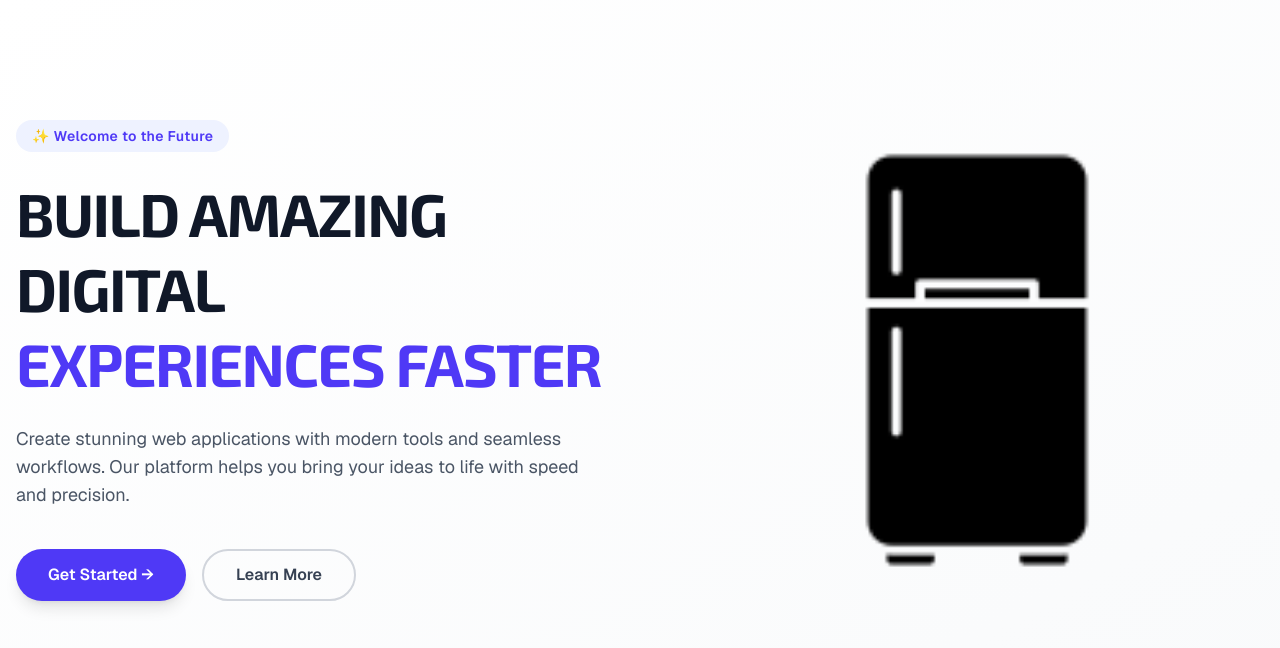
Repository: deepak445566/repai
Page: / (app in repair/)
The author's editor kept a copy of each file at every save. The page is drawn from the files as they stood at one save, then again after the next save.
The browser window is 1280 px wide. The pictures show the whole page.
The project was rebuilt for these pictures with package versions that can differ from the ones it lists, and the page was loaded fresh each time. The framework's server and built-in components were replaced by stand-ins that run in the browser. Also part of the build but not shown: repair/next.config.mjs.

Above is the page before, as saved 2026-04-15 12:13:21.

### repair/src/app/layout.js
import { Abril_Fatface, Exo_2, Geist, Geist_Mono } from "next/font/google";
import "./globals.css";

const geistSans = Geist({
  variable: "--font-geist-sans",
  subsets: ["latin"],
});

const geistMono = Geist_Mono({
  variable: "--font-geist-mono",
  subsets: ["latin"],
});
const abril = Abril_Fatface({
  weight: '400',
  subsets: ['latin'],
  variable: '--font-abril',
});

const exo = Exo_2({
  subsets: ['latin'],
  weight: ['400','600','700'],
  variable: '--font-exo',
});

export const metadata = {
  title: "Create Next App",
  description: "Generated by create next app",
};

export default function RootLayout({ children }) {
  return (
    <html
      lang="en"
      className={`${geistSans.variable} ${geistMono.variable} ${abril.variable} ${exo.variable} h-full antialiased`}
    >
      <body className="min-h-full flex flex-col">{children}</body>
    </html>
  );
}

### repair/src/app/page.js
import HeroPage from '@/components/heroPage'
import React from 'react'

function page() {
  return (
   <>
   <HeroPage/>

   </>
  )
}

export default page

### repair/src/app/globals.css
@import "tailwindcss";

:root {
  --background: #ffffff;
  --foreground: #171717;
}

@theme inline {
  --color-background: var(--background);
  --color-foreground: var(--foreground);
  --font-sans: var(--font-geist-sans);
  --font-mono: var(--font-geist-mono);
}

@media (prefers-color-scheme: dark) {
  :root {
    --background: #0a0a0a;
    --foreground: #ededed;
  }
}

body {
  background: var(--background);
  color: var(--foreground);
  font-family: var(--font-parkinsans);
}



.abril {
  font-family: var(--font-abril);
}

.exo {
  font-family: var(--font-exo);
}

### repair/src/components/heroPage.jsx
import Image from 'next/image';

export default function HeroPage() {
  return (
    <div className="min-h-screen bg-gradient-to-br from-white to-gray-50 flex items-center justify-center px-4 py-12 ">
      <div className="max-w-7xl mx-auto w-full">
        <div className="flex flex-col lg:flex-row items-center gap-12 lg:gap-16">

          {/* Left Section - Content */}
          <div className="flex-1 text-center lg:text-left space-y-6">
            <div className="inline-block px-4 py-1.5 rounded-full bg-indigo-50 text-indigo-600 text-sm font-semibold tracking-wide">
              ✨ Welcome to the Future
            </div>

            <h1 className="text-4xl sm:text-5xl lg:text-6xl font-bold tracking-tight text-gray-900 leading-tight uppercase exo">
              Build Amazing Digital
              <span className="text-indigo-600 block"> Experiences Faster</span>
            </h1>

            <p className="text-lg text-gray-600 max-w-xl mx-auto lg:mx-0">
              Create stunning web applications with modern tools and seamless workflows.
              Our platform helps you bring your ideas to life with speed and precision.
            </p>

            <div className="flex flex-col sm:flex-row gap-4 justify-center lg:justify-start pt-4">
              <button className="px-8 py-3 rounded-full bg-indigo-600 text-white font-semibold shadow-lg hover:bg-indigo-700 transition-all duration-200 transform hover:scale-105">
                Get Started →
              </button>
              <button className="px-8 py-3 rounded-full border-2 border-gray-300 text-gray-700 font-semibold hover:bg-gray-50 transition-all duration-200">
                Learn More
              </button>
            </div>
          </div>

          {/* Right Section - Image - Fixed */}
          <div className="flex-1 flex justify-center lg:justify-end w-full">
            <div className="relative w-full max-w-sm sm:max-w-md lg:max-w-lg">
              <div className="absolute inset-0  opacity-60 -z-10"></div>
              <div className="relative  overflow-hidden ">
                {/* Yahan size control karo - Simple way */}
                <div className="relative w-[350px] h-[350px] md:w-[450px] md:h-[550px]  ">
                  <Image
                    src="/images/image.png"
                    alt="Hero Image"
                    fill
                    className="object-contain p-4"
                    priority
                  />
                </div>
              </div>
            </div>
          </div>
        </div>
      </div>
    </div>
  );
}

After the next save:
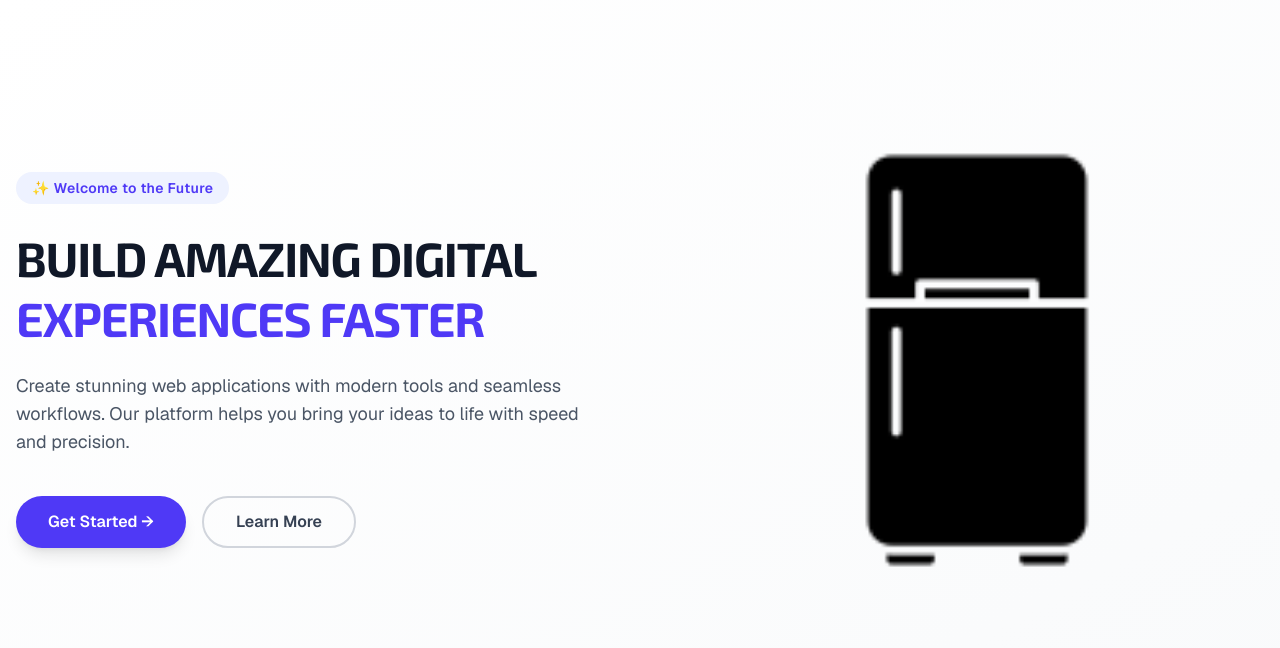
Saved 10 s later.
--- a/repair/src/components/heroPage.jsx
+++ b/repair/src/components/heroPage.jsx
@@ -12,7 +12,7 @@
               ✨ Welcome to the Future
             </div>
 
-            <h1 className="text-4xl sm:text-5xl lg:text-6xl font-bold tracking-tight text-gray-900 leading-tight uppercase exo">
+            <h1 className="text-4xl sm:text-5xl lg:text-5xl font-bold tracking-tight text-gray-900 leading-tight uppercase exo">
               Build Amazing Digital
               <span className="text-indigo-600 block"> Experiences Faster</span>
             </h1>

After the save that followed:
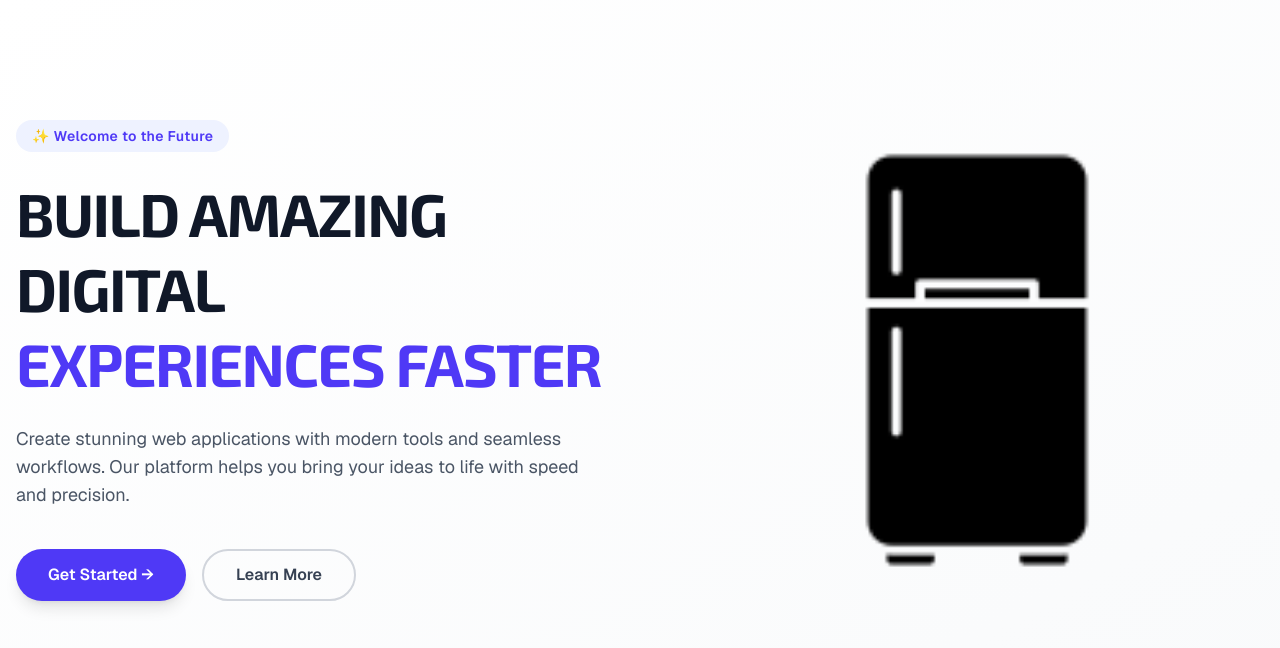
Saved 7 s later.
--- a/repair/src/components/heroPage.jsx
+++ b/repair/src/components/heroPage.jsx
@@ -12,7 +12,7 @@
               ✨ Welcome to the Future
             </div>
 
-            <h1 className="text-4xl sm:text-5xl lg:text-5xl font-bold tracking-tight text-gray-900 leading-tight uppercase exo">
+            <h1 className="text-4xl sm:text-5xl lg:text-6xl font-bold tracking-tight text-gray-900 leading-tight uppercase exo">
               Build Amazing Digital
               <span className="text-indigo-600 block"> Experiences Faster</span>
             </h1>
